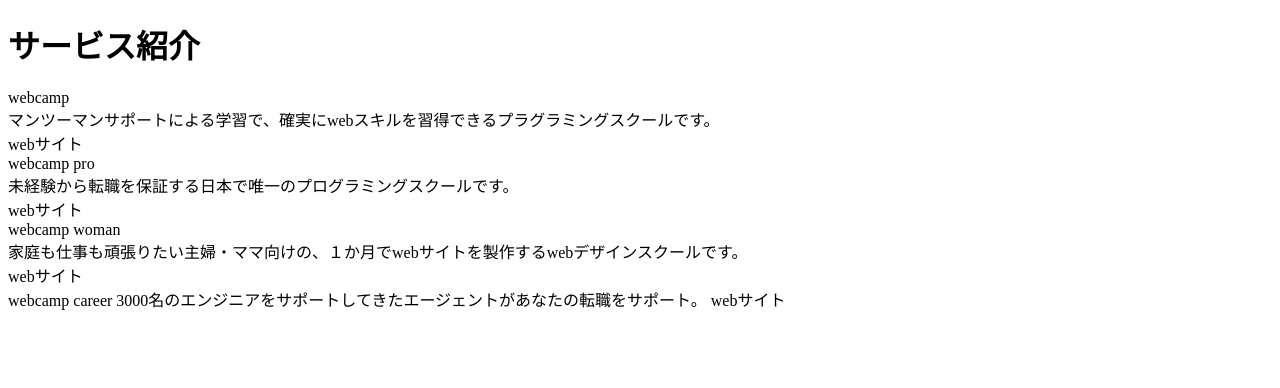
Repository: YasuyoshiSakai/kadai1
Page: sample/ensyuu.html
The author's editor kept a record of every edit. The page is drawn from the files as they stood at one moment, then again after the next edit.
The browser window is 1280 px wide. The pictures show the whole page.

Above is the page before.

### sample/ensyuu.html
<!DOCTYPE HTML>
<html lang="ja">
  <head>
    <meta charset="UTF-8" />
    <title>初めてのHTML</title>
    <link rel="stylesheet" href="style.css">
  </head>

  <body>
<h1>サービス紹介</h1>

webcamp<br>
マンツーマンサポートによる学習で、確実にwebスキルを習得できるプラグラミングスクールです。<br>
webサイト<br>

webcamp pro<br>
未経験から転職を保証する日本で唯一のプログラミングスクールです。<br>
webサイト<br>

webcamp woman<br>
家庭も仕事も頑張りたい主婦・ママ向けの、１か月でwebサイトを製作するwebデザインスクールです。<br>
webサイト<br>

webcamp career
3000名のエンジニアをサポートしてきたエージェントがあなたの転職をサポート。
webサイト

  </body>
</html>

### sample/style.css
.orange{
color:orange;
}

After the next edit:
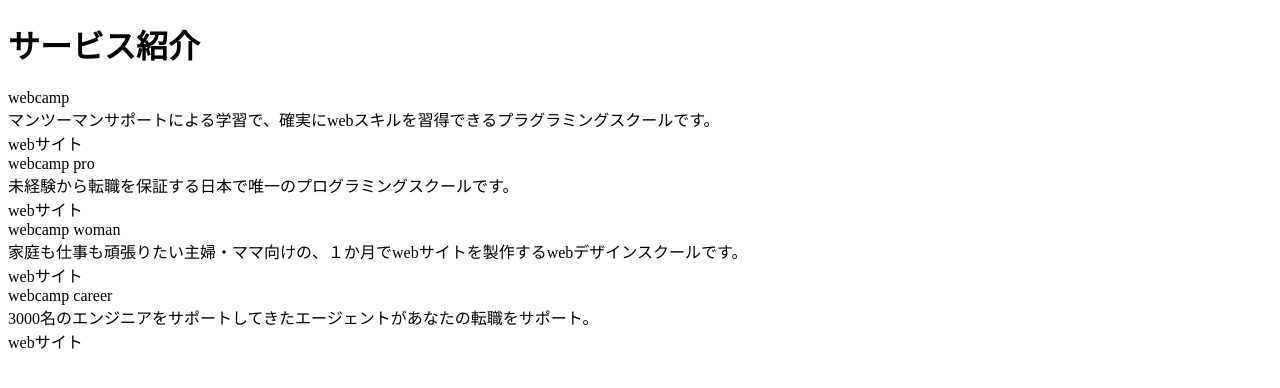
The edit:
--- a/sample/ensyuu.html
+++ b/sample/ensyuu.html
@@ -21,9 +21,9 @@
 家庭も仕事も頑張りたい主婦・ママ向けの、１か月でwebサイトを製作するwebデザインスクールです。<br>
 webサイト<br>
 
-webcamp career
-3000名のエンジニアをサポートしてきたエージェントがあなたの転職をサポート。
-webサイト
+webcamp career<br>
+3000名のエンジニアをサポートしてきたエージェントがあなたの転職をサポート。<br>
+webサイト<br>
 
   </body>
 </html>
